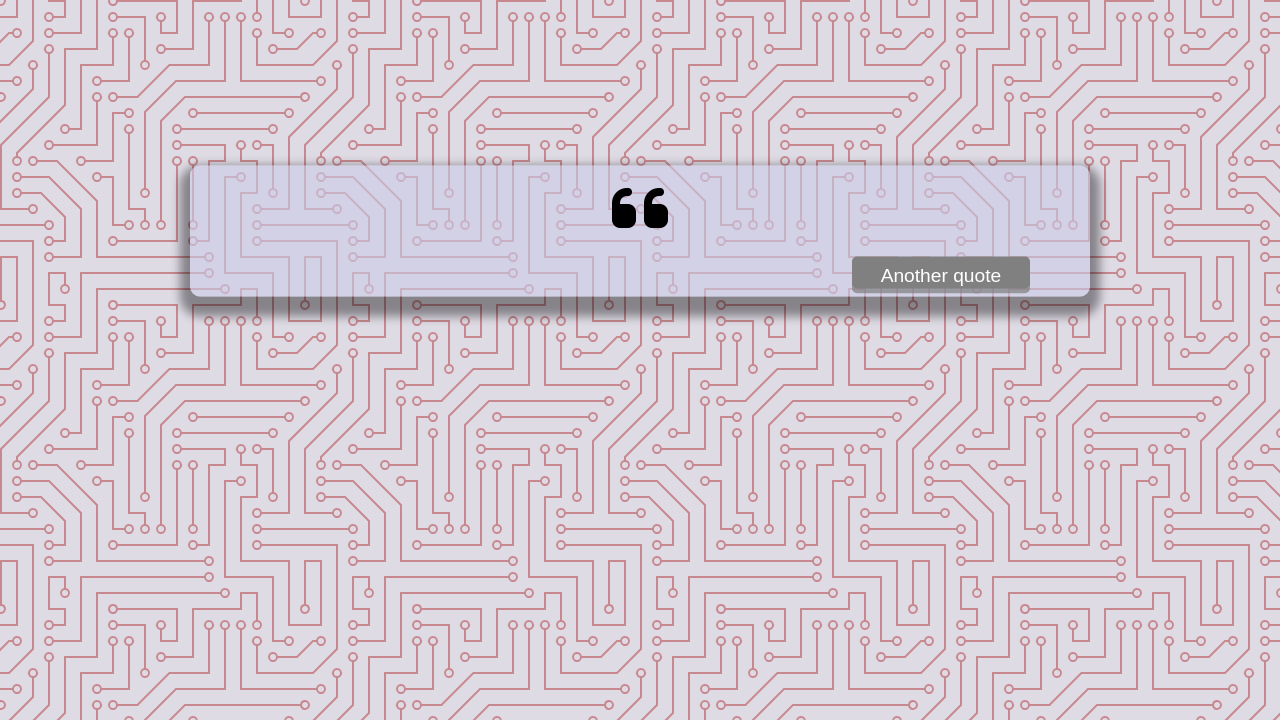
Repository: bmbrdr/QuoteGenerator
Page: index.html
The author's editor kept a copy of each file at every save. The page is drawn from the files as they stood at one save, then again after the next save.
The browser window is 1280 px wide. The pictures show the whole page.
The page's requests for data from a server got no answer. Some web libraries are served in a nearby version.

Above is the page before, as saved 2021-12-24 21:11:54.

### index.html
<!DOCTYPE html>
<html lang="en">
<head>
    <script src="https://kit.fontawesome.com/121cc13a68.js" crossorigin="anonymous"></script>
    <meta charset="UTF-8">
    <meta http-equiv="X-UA-Compatible" content="IE=edge">
    <meta name="viewport" content="width=device-width, initial-scale=1.0">
    <link rel="icon" type="image/png" href="https://cdnjs.cloudflare.com/ajax/libs/font-awesome/6.0.0-beta2/css/all.min.css">
    <link rel="stylesheet" href="style.css">
    <title>Quote Generator</title>
</head>
<body>
    <div class="quote-container" id="quote-container">
        <div class="quote-text">
            <i class="fas fa-quote-left"></i>
            <span class="quote"></span>

        <div class="quote-author">
                <span class="author"></span>
        </div>

            <button class="new-quote">Another quote</button>

        </div>

    </div>


    <script src="main.js"></script>
</body>
</html>

### style.css
/* global styles  */
*{
    padding: 0;
    margin: 0;
    box-sizing: border-box;
}
/* html{
    position: relative;
} */
body{
    background-color: #DFDBE5;
    background-image: url("data:[embedded picture, 5329 characters]");
    color: #000;
    font-family: 'Franklin Gothic Medium', 'Arial Narrow', Arial, sans-serif;
    font-weight: 700;
    text-align: center;
    position: relative;
    /* top:50%;
    left:50%;
    transform:  translate(-50%, 50%); */
}




/* text styles */

.quote-container{
    position: relative;
    top: 100px;
    left: 50%;
    transform: translate(-50%, 50%);
    width: auto;
    max-width: 900px;
    padding: 10px 60px 40px;
    border-radius: 10px;
    background-color: rgba(204,204,232, .6);
    box-shadow: 0 10px 10px 10px rgba(0,0,0, .4);
}

.quote-text{
    font-size: 2.7rem;

}

.fa-quote-left{
    font-size: 4rem;
}

.quote-author{
    margin-top: 15px;
    font-size: 2rem;
    font-weight: 400;
    font-style: italic;
}




/* buttons style */

.new-quote{
    float: right;
}

button{
    cursor: pointer;
    font-size: 1.2rem;
    height: 2rem;
    border: none;
    border-radius: 5px;
    color: white;
    background-color: gray;
    outline: none;
    padding: .5rem 1.8rem;
    box-shadow: 0 0.3rem rgba(121, 121, 121, .65);

}

button:hover{
    filter: brightness(110%);
}

button:active{
    transform: translate(0, .1rem);
    box-shadow: 0 .15rem rgba(gray, .65);
}

### main.js
// Constants

const quoteContainer = document.querySelector("#quote-container");
const quoteText = document.querySelector('.quote');
const authorText = document.querySelector('.author');
const newQuoteBtn = document.querySelector('.new-quote');



// API Array
let apiMotivation = [];


//  Displaying random quote
function newQuote(){
    const quote = apiMotivation[Math.floor(Math.random()* apiMotivation.length)]

    if(!quote.author){
        quote.author= "Unknown";
    }
    authorText.textContent= quote.author;
    quoteText.textContent= quote.text;
}


//  Main system
async function getMotivation(){
    const apiUrl = "https://type.fit/api/quotes";


    try{
        const respone = await fetch(apiUrl);
        apiMotivation = await respone.json();
        newQuote();

    } catch{
        // Catch error
    }
}

// Button

newQuoteBtn.addEventListener('click',newQuote);


//  Calling just to check
getMotivation();

After the next save:
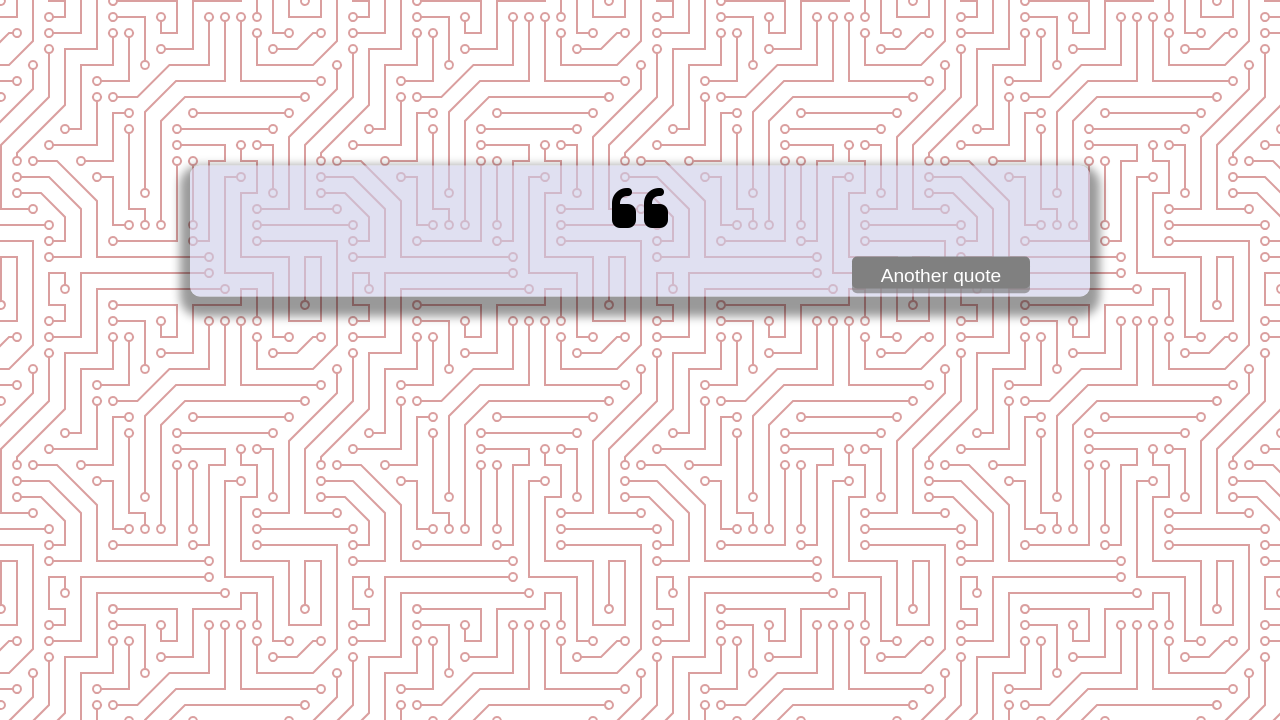
Saved 3 min 53 s later.
--- a/style.css
+++ b/style.css
@@ -8,7 +8,7 @@
     position: relative;
 } */
 body{
-    background-color: #DFDBE5;
+    background-color:  97,203,225;
     background-image: url("data:[embedded picture, 5329 characters]");
     color: #000;
     font-family: 'Franklin Gothic Medium', 'Arial Narrow', Arial, sans-serif;
